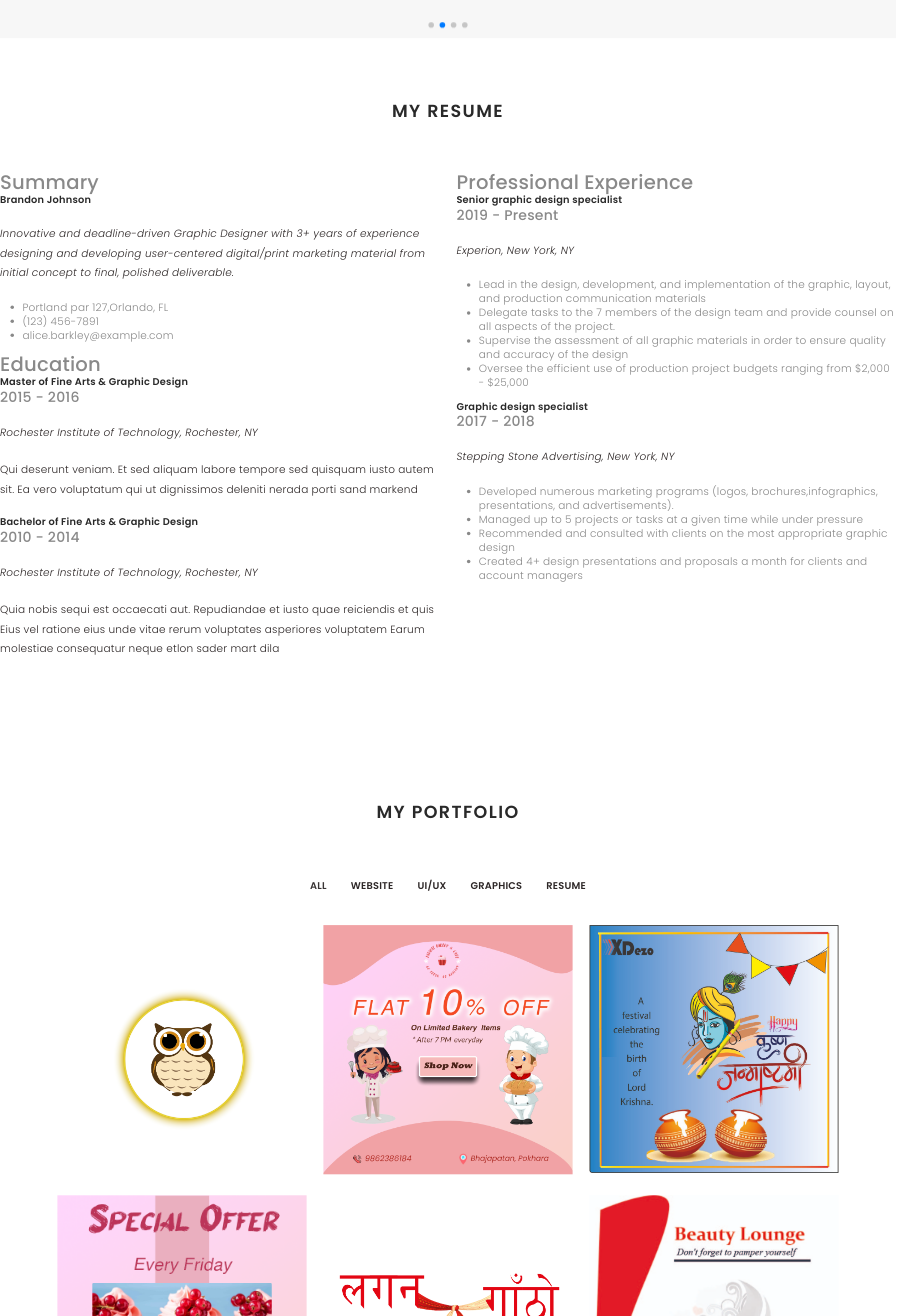
Repository: sandhya8109/portfolio
Page: index.html
The author's editor kept a copy of each file at every save. The page is drawn from the files as they stood at one save, then again after the next save.
The browser window is 1280 px wide. The page is 1292 px wide, then 1280 px, so the pictures cover 1292 px, including what lies to the right of the window. The pictures show the part of the page from y = 1562 to 3442 px (the page is 5291 px tall before and 5347 px after), at 70% of full size.
Some web fonts or font styles are not loaded; a fallback is used.

Above is the page before, as saved 2023-11-20 19:50:17.

After the next save:
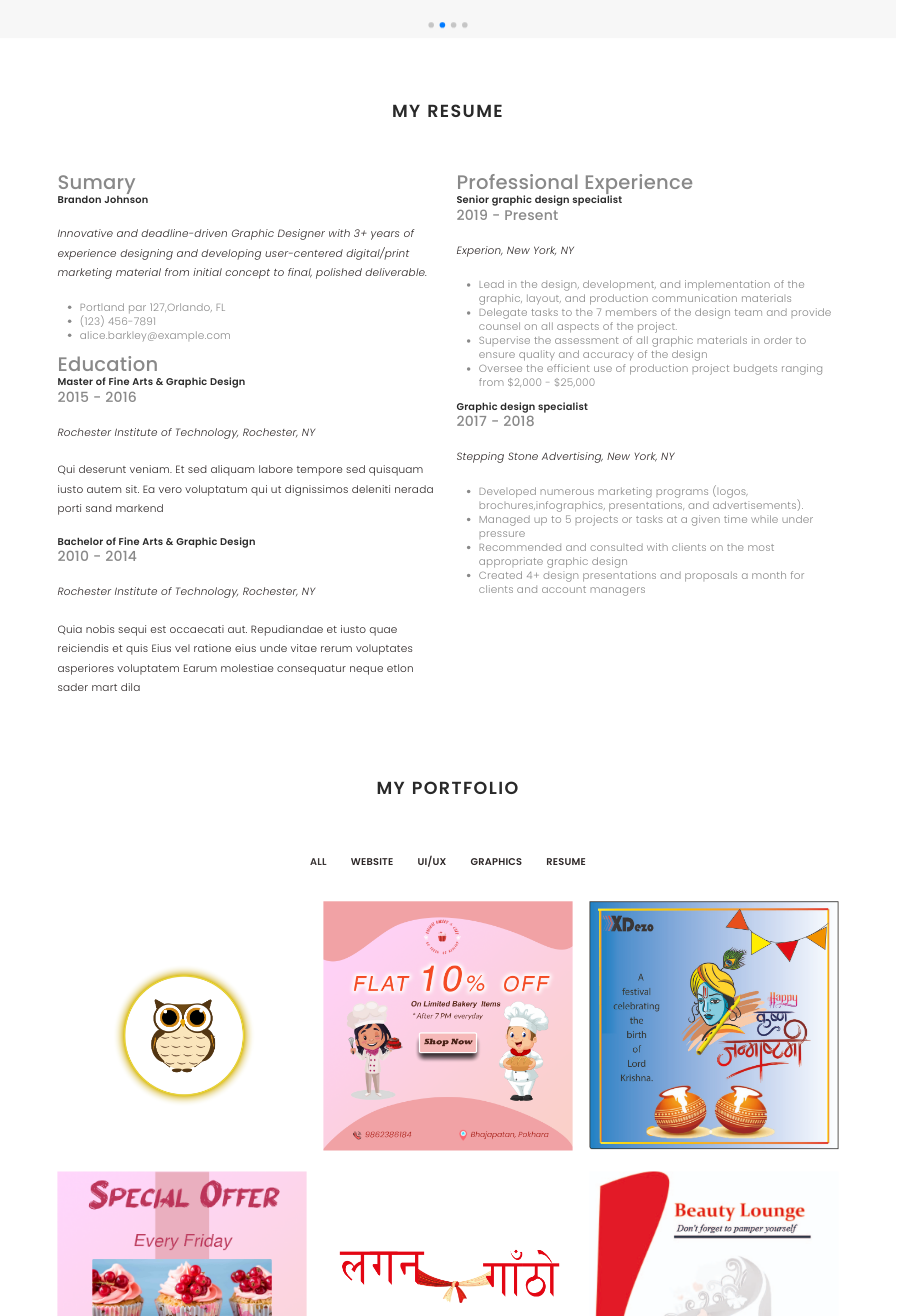
Saved 17 s later.
--- a/index.html
+++ b/index.html
@@ -175,9 +175,13 @@
           <h2>My Resume</h2>
         </div>
       </div>
+      <div class="container aos-init aos-animate" data-aos="fade-up">
+
+
+
         <div class="row">
           <div class="col-lg-6">
-            <h3 class="resume-title">Summary</h3>
+            <h3 class="resume-title">Sumary</h3>
             <div class="resume-item pb-0">
               <h4>Brandon Johnson</h4>
               <p><em>Innovative and deadline-driven Graphic Designer with 3+ years of experience designing and developing user-centered digital/print marketing material from initial concept to final, polished deliverable.</em></p>
